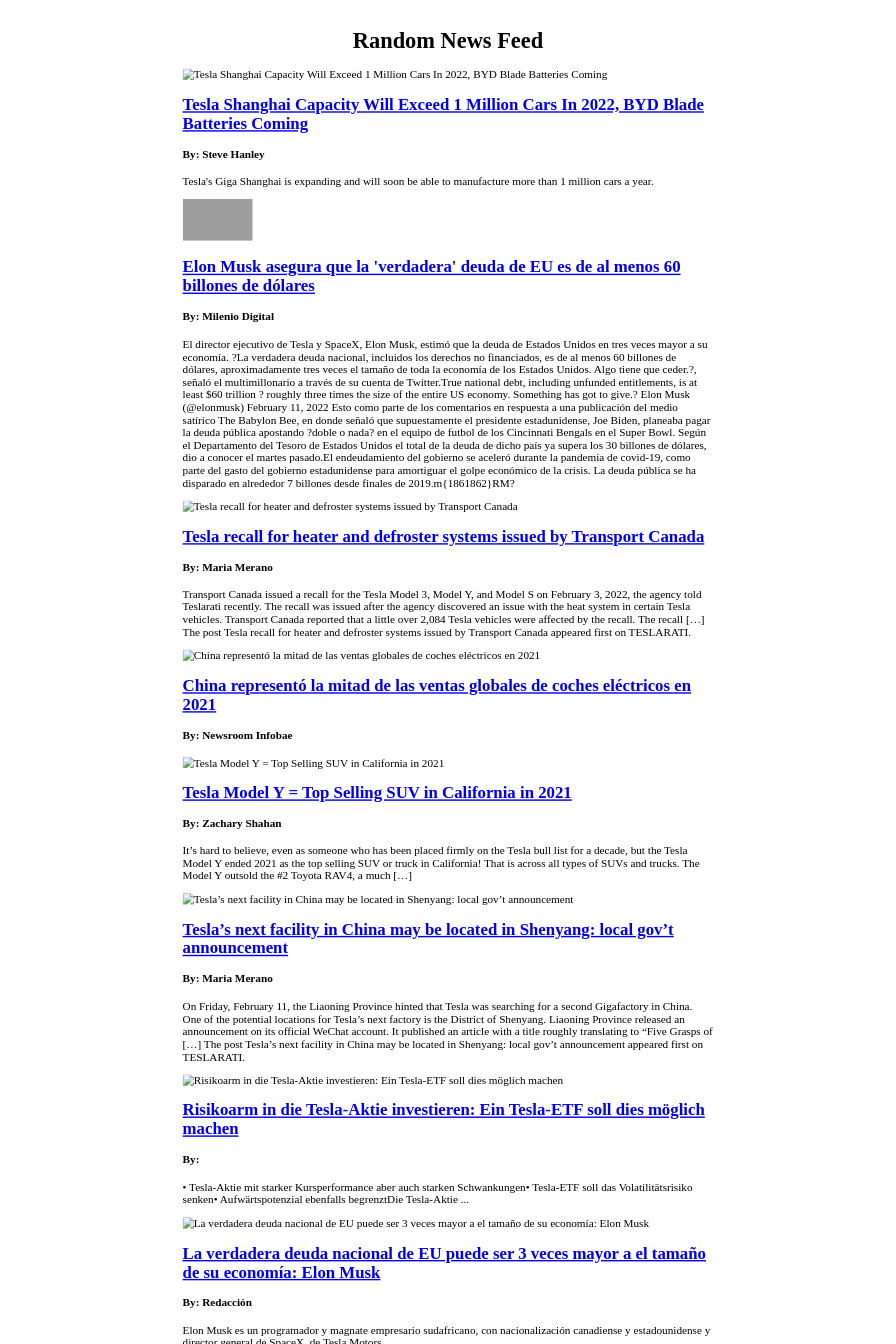
Repository: SamanthaYan298/my_news
Page: /
The author's editor kept a copy of each file at every save. The page is drawn from the files as they stood at one save, then again after the next save.
The browser window is 1280 px wide. The pictures show the part of the page from y = 0 to 1920 px (the page is 17038 px tall before and 16913 px after), at 70% of full size.
Pictures or frames that could not be fetched are drawn as grey boxes. The project was rebuilt for these pictures with package versions that can differ from the ones it lists, and the page was loaded fresh each time. Also part of the build but not shown: vite.config.js.

Above is the page before, as saved 2024-09-23 16:56:17.

### src/App.jsx
import news_feed from './sample_news_stories.json';

function App() {

  // Get stories from news feed
  const stories = news_feed.results;

  return (
    <div className="App">
      <h1>Random News Feed</h1>
      <div>
        {stories.map((story, index) => (
          <div key={index}>
            <div>
              <img
                src={story.image_url}
                alt={story.title}
                style={{
                  width: '100px',
                  height: '60px'
                }}
              />
            </div>
            <a href={story.link}><h2>{story.title}</h2></a>
            <h4>By: {story.creator}</h4>
            <p>{story.description}</p>
          </div>
        ))}
      </div>
    </div>
  );
}

export default App;

### src/index.css
.App {
  padding: 10px;
  max-width: 60%;
  margin: auto;
}

.App > h1 {
  text-align: center;
}

.feed {
  display: flex;
  flex-direction: column;
  gap: 1em;
}

.story {
  position: relative;
  padding: 1em;
  box-shadow: 0 1px 2px #aeaeae;
}

.story span.delete {
  position: absolute;
  /* padding: 1px 3px; */
  width: 1rem;
  height: 1rem;
  text-align: center;
  line-height: 0.8;
  top: 0;
  right: 0;
  background: red;
  color: #fff;
  cursor: pointer;
}

.story_header {
  display: flex;
  flex-direction: row;
  gap: 1em;
}

.story_header h1 {
  margin: 0;
  padding: 0;
  font-size: 1.5em;
}

.story_header h1 > a {
  text-decoration: none;
}

.story_creator {
  display: block;
  font-size: 1rem;
  margin-top: 1rem;
}

.story_image {
  max-width: 20%;
}

.story_image img {
  width: 100%;
}

Loaded but not shown: index.html (common file); src/main.jsx (common file); src/sample_news_stories.json (1743 lines, source omitted)

After the next save:
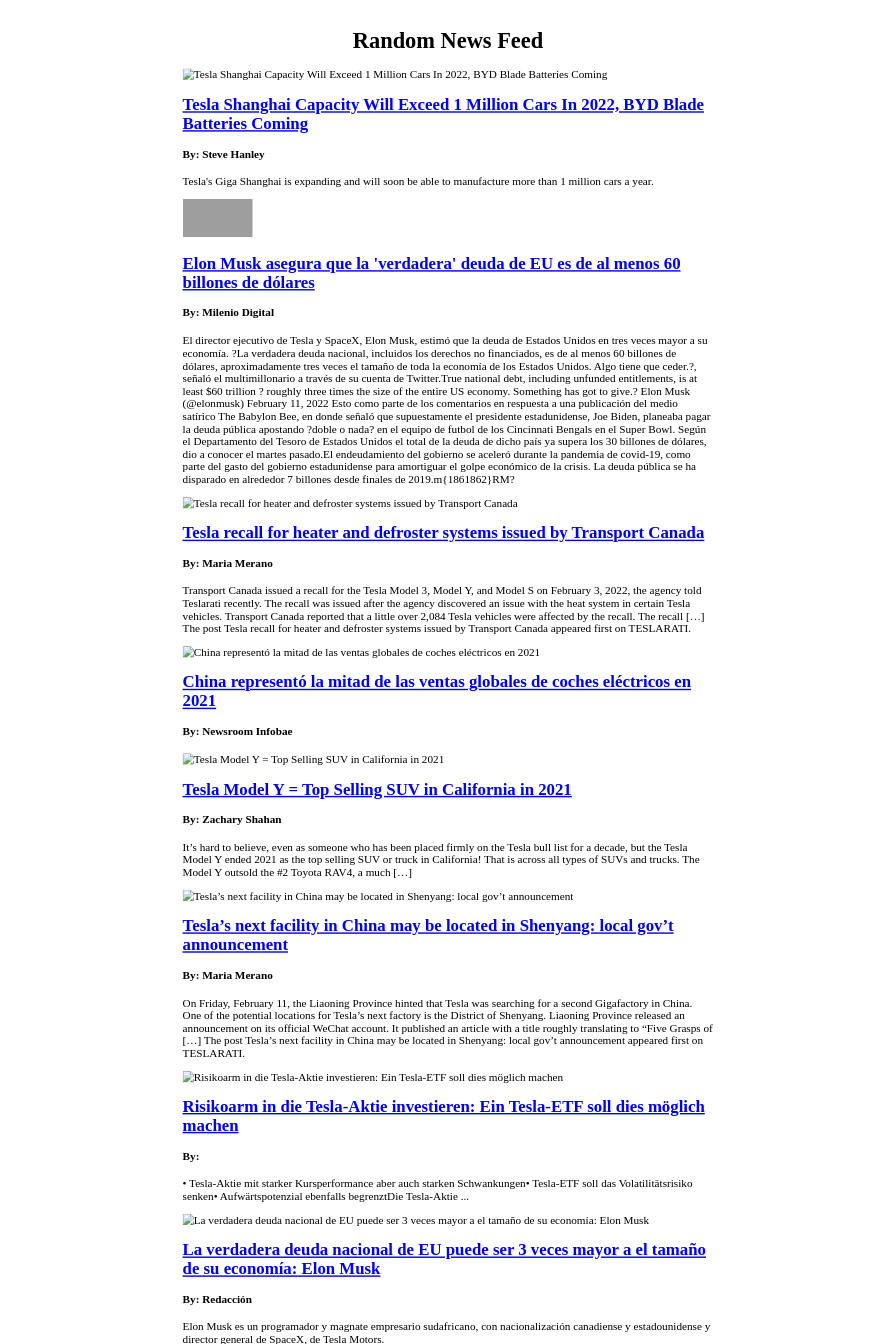
Saved 17 s later.
--- a/src/App.jsx
+++ b/src/App.jsx
@@ -17,7 +17,7 @@
                 alt={story.title}
                 style={{
                   width: '100px',
-                  height: '60px'
+                  height: '55px'
                 }}
               />
             </div>
